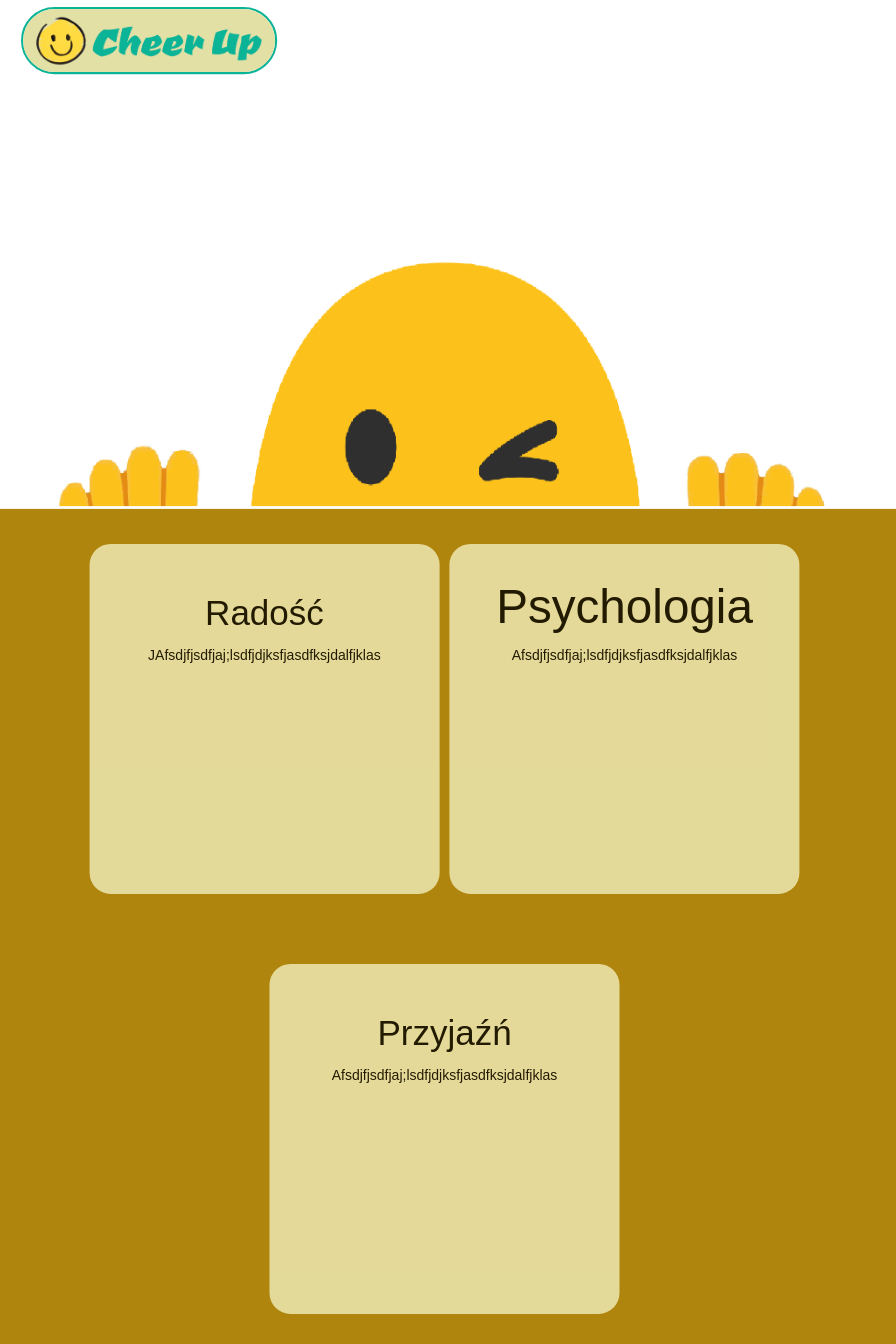
Repository: addstaw/moja-strona
Page: index.html
An editor plug-in stored every save of this project. The page is shown before and after the next save, followed by the edit.
The browser window is 1280 px wide. The pictures show the part of the page from y = 0 to 1920 px (the page is 2927 px tall before and 2922 px after), at 70% of full size.
Some web fonts or font styles are not loaded; a fallback is used.

Above is the page before, as saved 2020-04-28 09:11:11.

After the next save:
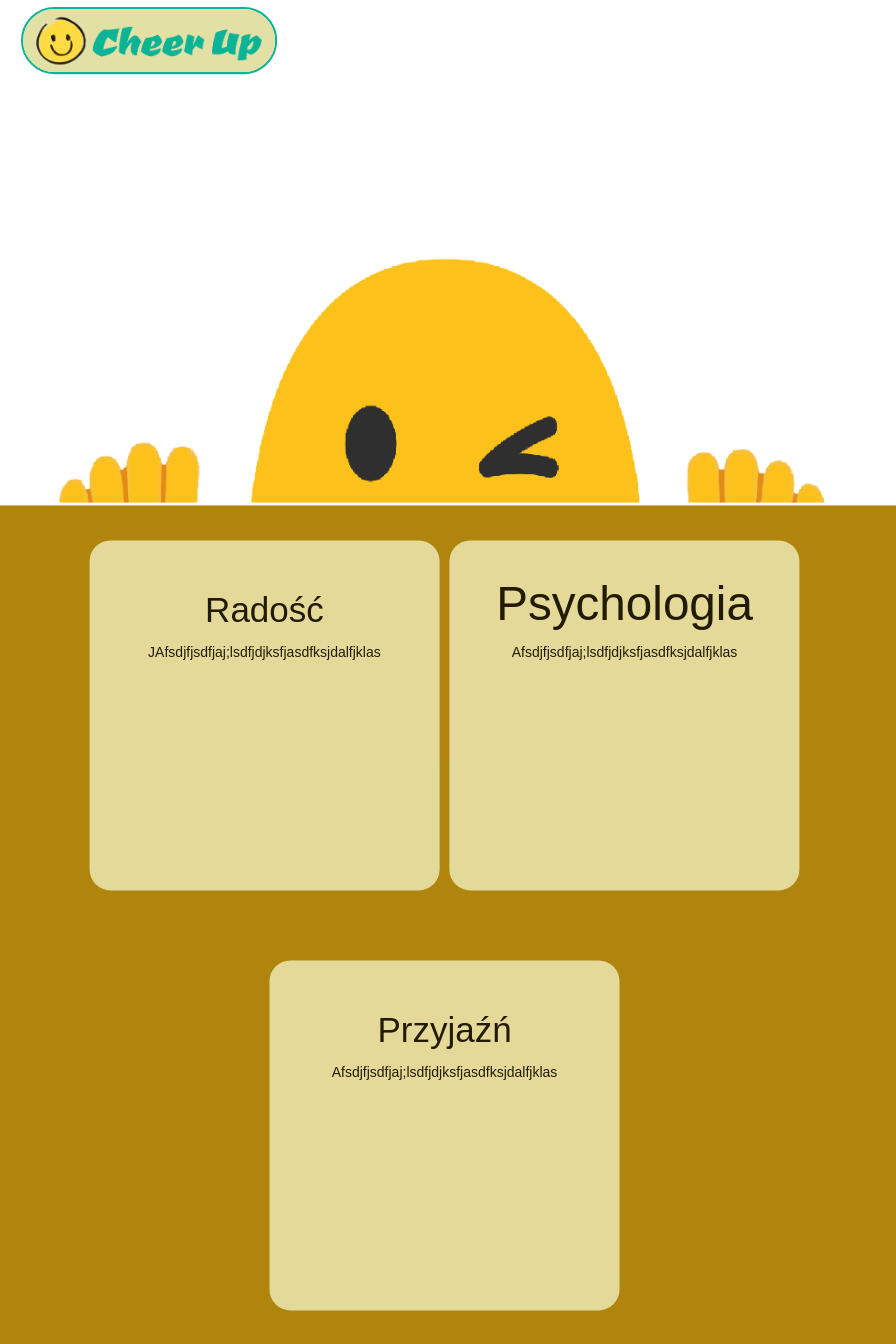
Saved 3 min 40 s later.
--- a/css/style5.css
+++ b/css/style5.css
@@ -11,7 +11,7 @@
     }
     #pause{
         height: calc(103vh - 80vw);
-        height: calc(100vh - 100px - 100vw * (536/1919));
+        height: calc(100vh - 105px - 100vw * (536/1919));
     }
     #logo{
         border-radius: 75px;
